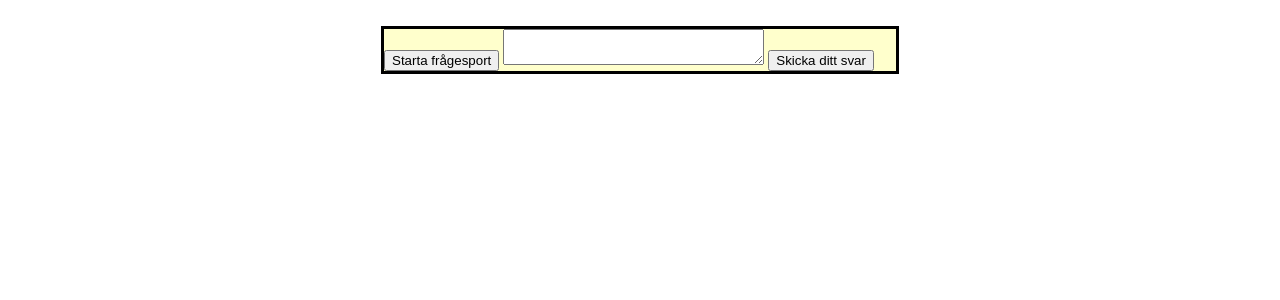
Repository: jb223cp/1dv403-laborationer
Page: 4-thequiz/index.html
The author's editor kept a record of every edit. The page is drawn from the files as they stood at one moment, then again after the next edit.
The browser window is 1280 px wide. The pictures show the whole page.

Above is the page before.

After the next edit:
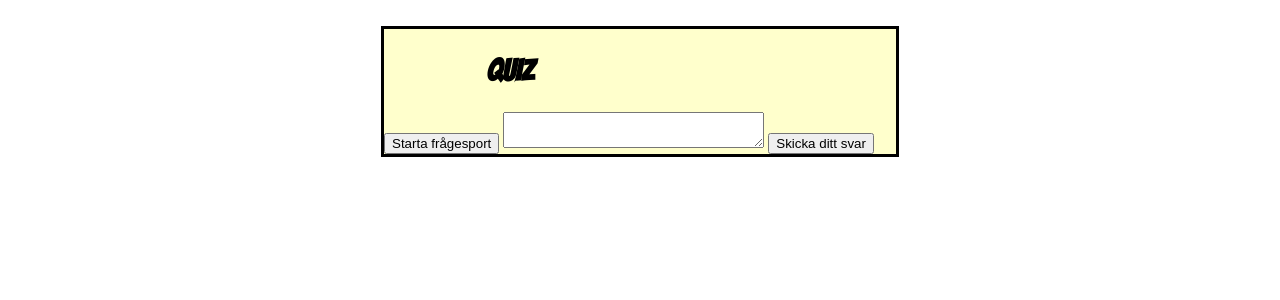
The edit:
--- a/4-thequiz/index.html
+++ b/4-thequiz/index.html
@@ -11,7 +11,7 @@
 </head>
     <body>
         <section id="container">
-            <p id="counter"></p>
+            <h1>QUIZ</h1>
 
 
 
